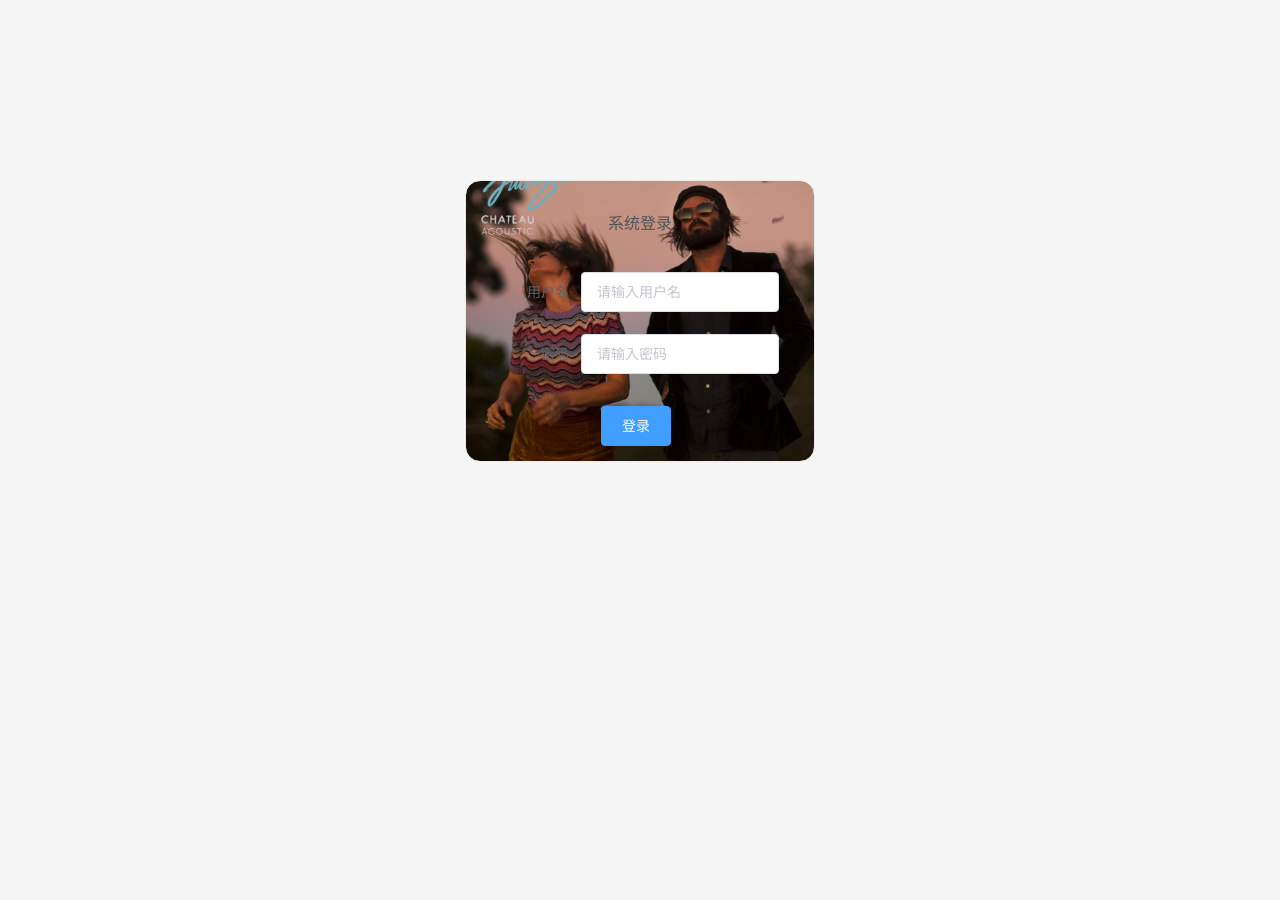
Repository: erwtt/git-demo
Page: / (app in 后台管理系统/)
An editor plug-in stored every save of this project. The page is shown before and after a run of saves, followed by the edit.
The browser window is 1280 px wide. The pictures show the whole page.
The project was rebuilt for these pictures with package versions that can differ from the ones it lists, and the page was loaded fresh each time. Also part of the build but not shown: 后台管理系统/vue.config.js.

Above is the page before, as saved 2022-05-20 17:25:20.

After the next 2 saves:
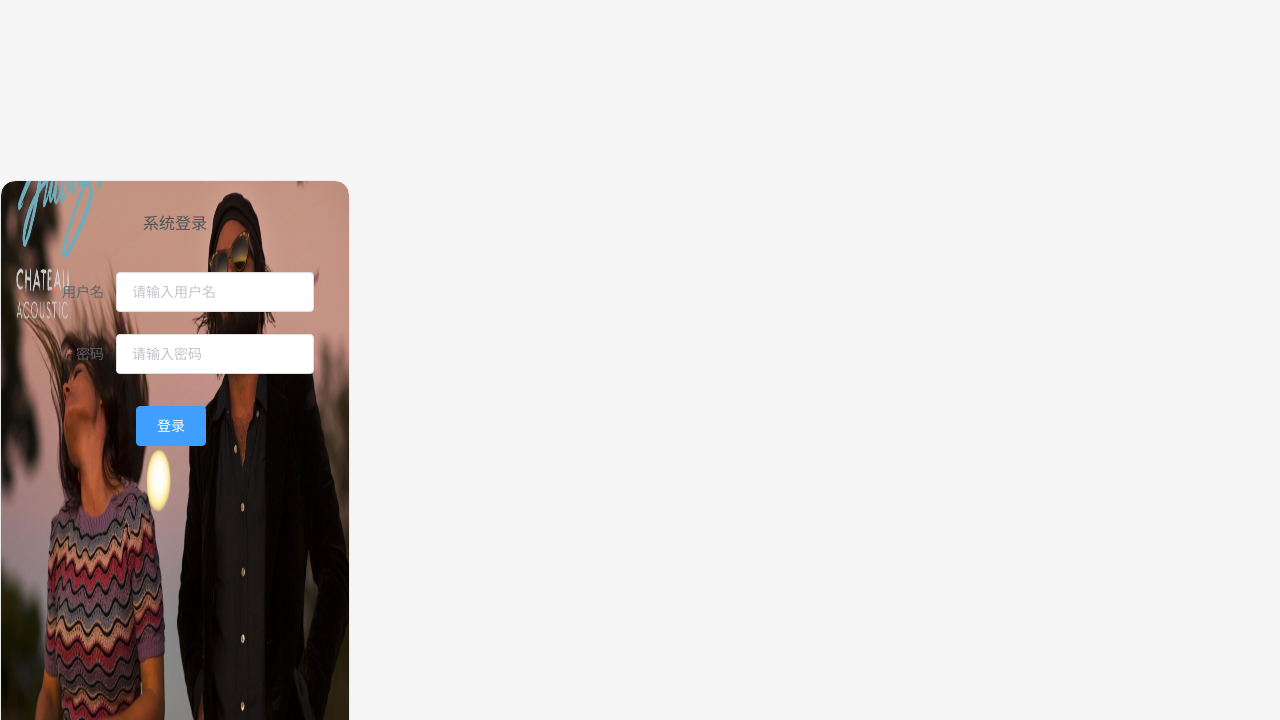
The 2 saves are shown as one change because 1 did not build or start.
The last was saved 2 min 0 s later.
--- a/后台管理系统/src/views/login/login.vue
+++ b/后台管理系统/src/views/login/login.vue
@@ -95,18 +95,14 @@ export default {
 </script>
 
 <style lang="less" scoped>
-.body{
-    height: 100%;
-    width:100%;
-}
     .login_container{
           width: 100%;
   height: 100%;
   background-image: url("../../assets/images/back.jpg");
-
-                background-repeat: no-repeat;
-                background-size: 100%;
-
+background-size: 100% 100%;
+    height: 100%;
+    position: fixed;
+    width: 100%;
 
         border-radius: 15px;
         background-clip: padding-box;
